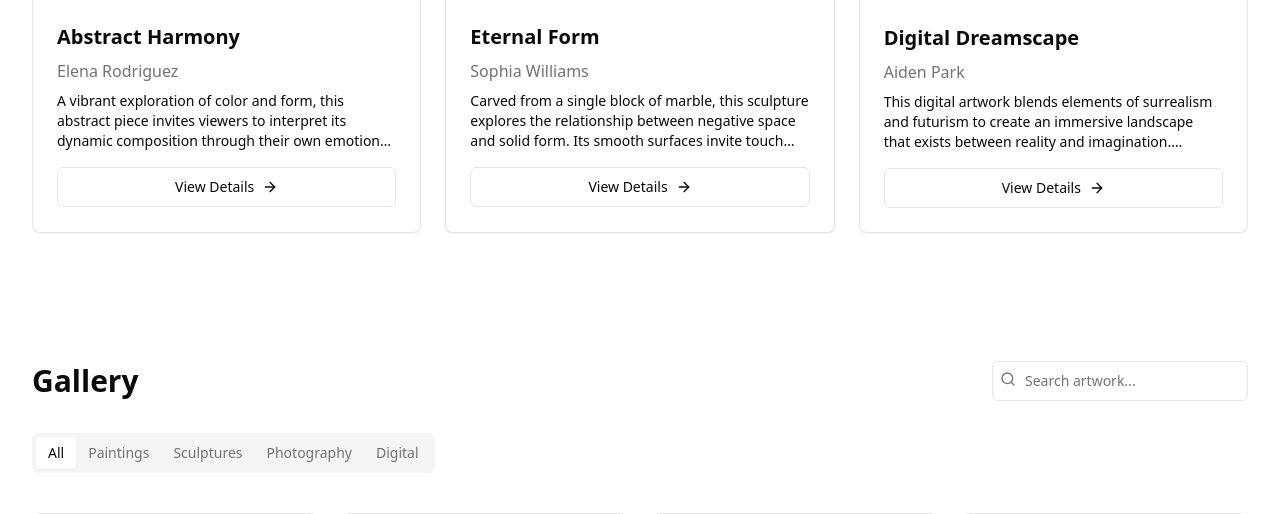
Repository: flow-ctrl369/gallery-cloneX
Page: /
These files come from the project's save history. The page is drawn as it stood at one moment and after the next save; the edit follows.
The browser window is 1280 px wide. The pictures show the part of the page from y = 997 to 1511 px (the page is 3526 px tall before and 3838 px after).
Pictures or frames that could not be fetched are drawn as grey boxes. The project was rebuilt for these pictures with package versions that can differ from the ones it lists, and the page was loaded fresh each time. The framework's server and built-in components were replaced by stand-ins that run in the browser. Also part of the build but not shown: next.config.mjs.

Above is the page before, as saved 2025-06-01 22:01:37.

After the next save:
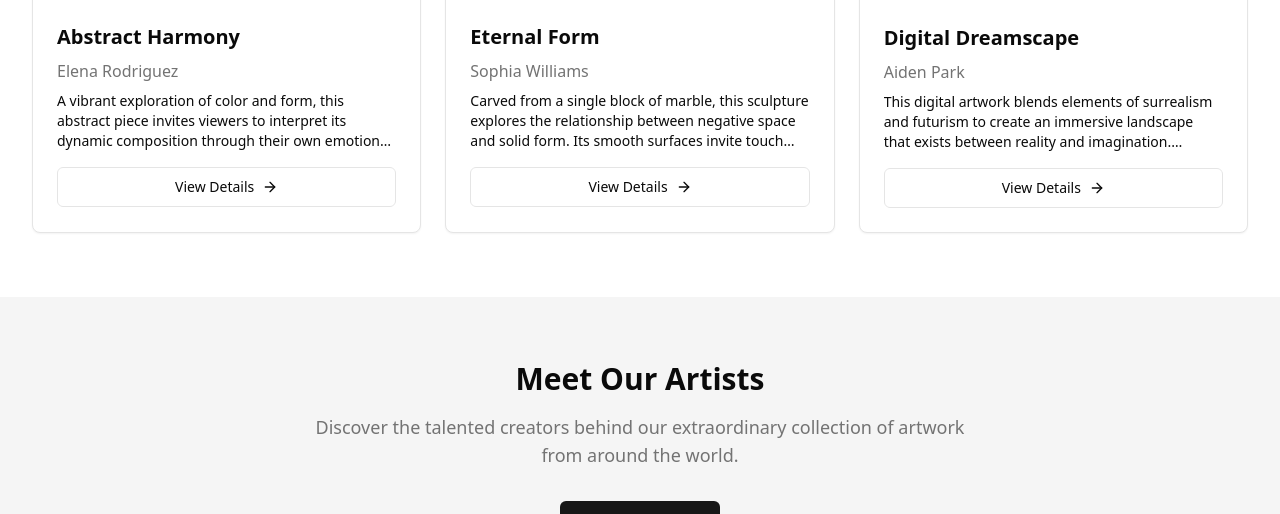
Saved 27 s later.
--- a/app/page.tsx
+++ b/app/page.tsx
@@ -40,6 +40,19 @@ export default function Home() {
           </Button>
         </div>
         <FeaturedArtwork />
+      </section>
+
+      {/* Meet Artists Section */}
+      <section className="py-16 px-4 md:px-8 bg-muted">
+        <div className="max-w-7xl mx-auto text-center">
+          <h2 className="text-3xl font-bold mb-4">Meet Our Artists</h2>
+          <p className="text-lg mb-8 max-w-2xl mx-auto text-muted-foreground">
+            Discover the talented creators behind our extraordinary collection of artwork from around the world.
+          </p>
+          <Button size="lg" variant="default" asChild>
+            <Link href="/artists">View All Artists</Link>
+          </Button>
+        </div>
       </section>
 
       {/* Gallery Section */}
